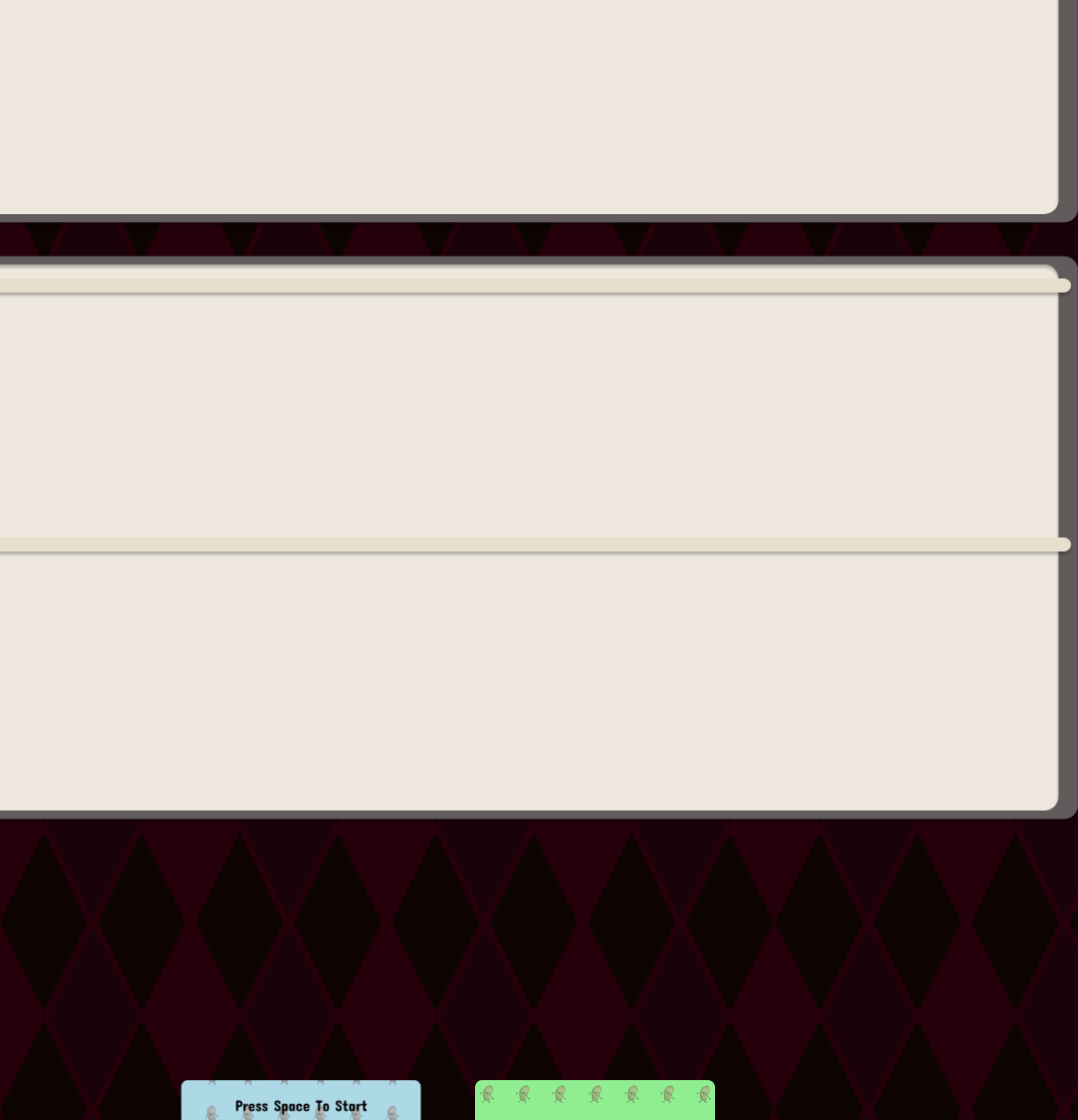
Repository: EMP-ChristinaC/Portfolio
Page: projects/potato-shuffle/potato.html
These files come from the project's save history. The page is drawn as it stood at one moment and after the next save; the edit follows.
The browser window is 1280 px wide. The page is 1540 px wide, so the pictures cover 1540 px, including what lies to the right of the window. The pictures show the part of the page from y = 1481 to 3081 px (the page is 6194 px tall), at 70% of full size.
Some web fonts or font styles are not loaded; a fallback is used.

Above is the page before, as saved 2024-12-08 19:51:40.

After the next save:
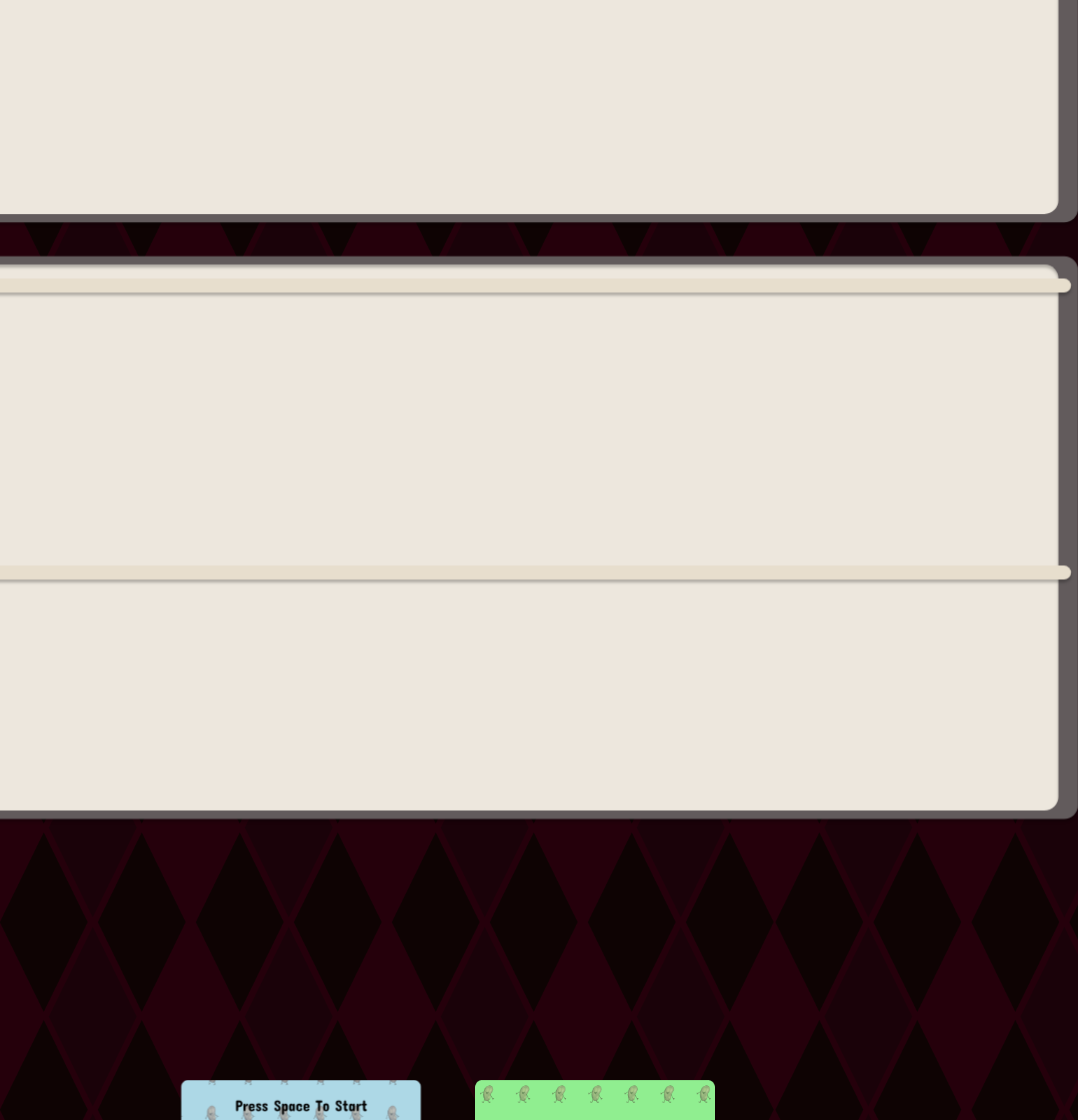
Saved 4 s later.
--- a/projects/potato-shuffle/potato.css
+++ b/projects/potato-shuffle/potato.css
@@ -145,7 +145,7 @@
 
 .box-outline-heading-three-potato {
     /* transform: translate(-50%, 1900%); */
-    top: 50%;
+    top: 55%;
     left: 5%;
 }
 
